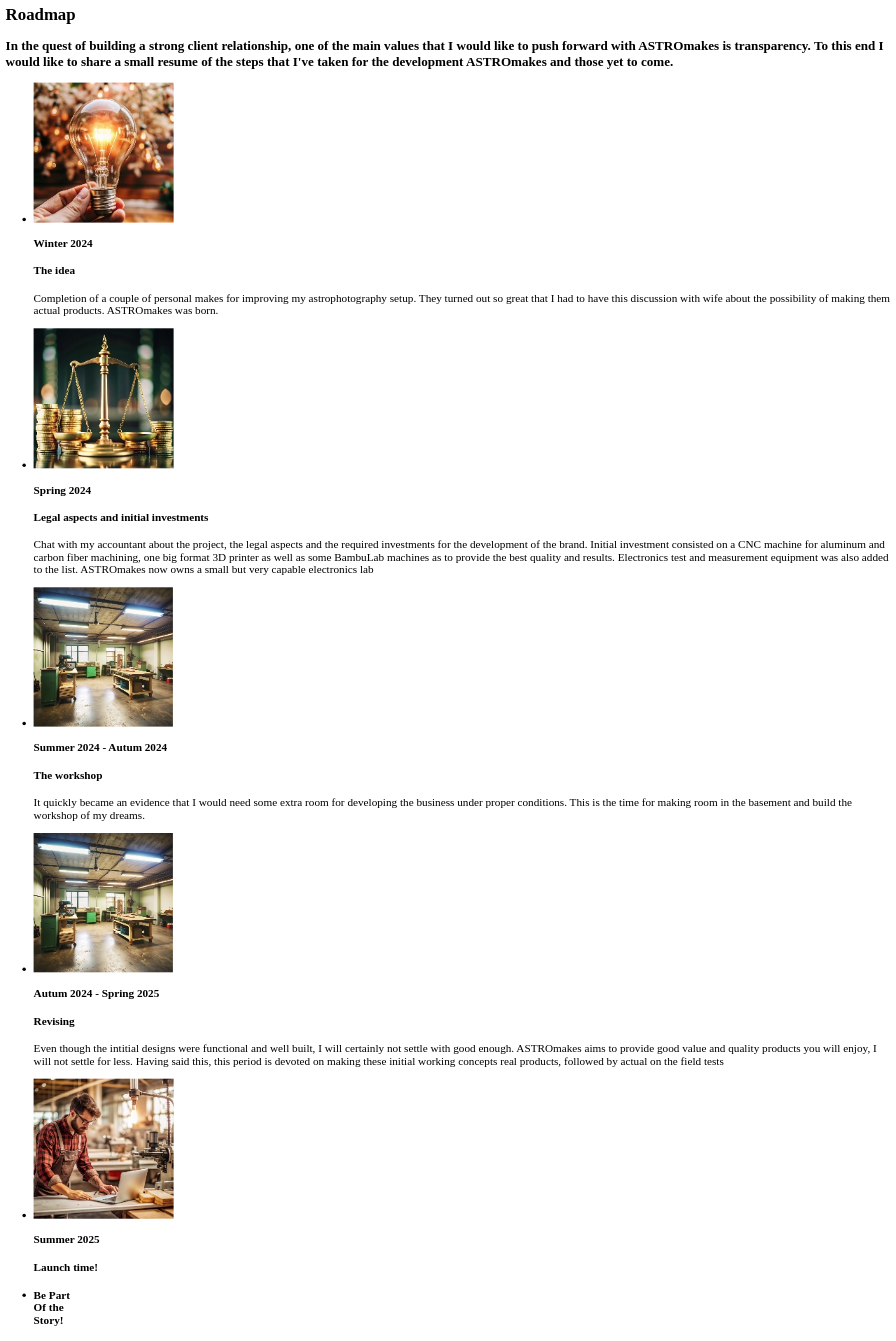
Repository: amazeika/astromakes-landing-page
Page: _includes/roadmap.html
The author's editor kept a copy of each file at every save. The page is drawn from the files as they stood at one save, then again after the next save.
The browser window is 1280 px wide. The pictures show the whole page, at 70% of full size.

Above is the page before, as saved 2024-07-20 22:16:38.

After the next save:
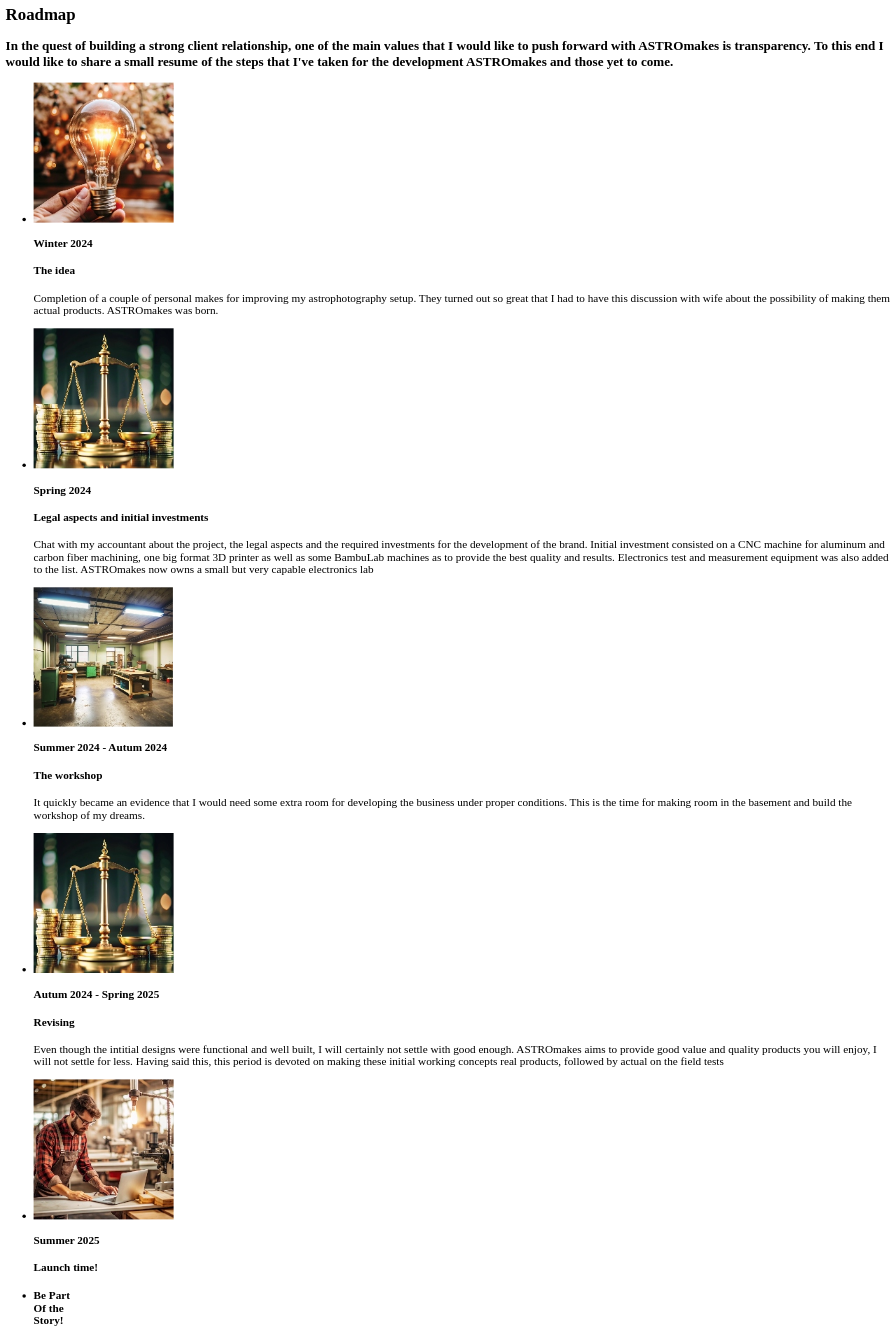
Saved 50 s later.
--- a/_includes/roadmap.html
+++ b/_includes/roadmap.html
@@ -54,7 +54,7 @@
                         </li>
                         <li>
                             <div class="timeline-image">
-                                <img class="img-circle img-responsive" src="img/about/3.jpg" alt="">
+                                <img class="img-circle img-responsive" src="img/about/2.jpg" alt="">
                             </div>
                             <div class="timeline-panel">
                                 <div class="timeline-heading">
